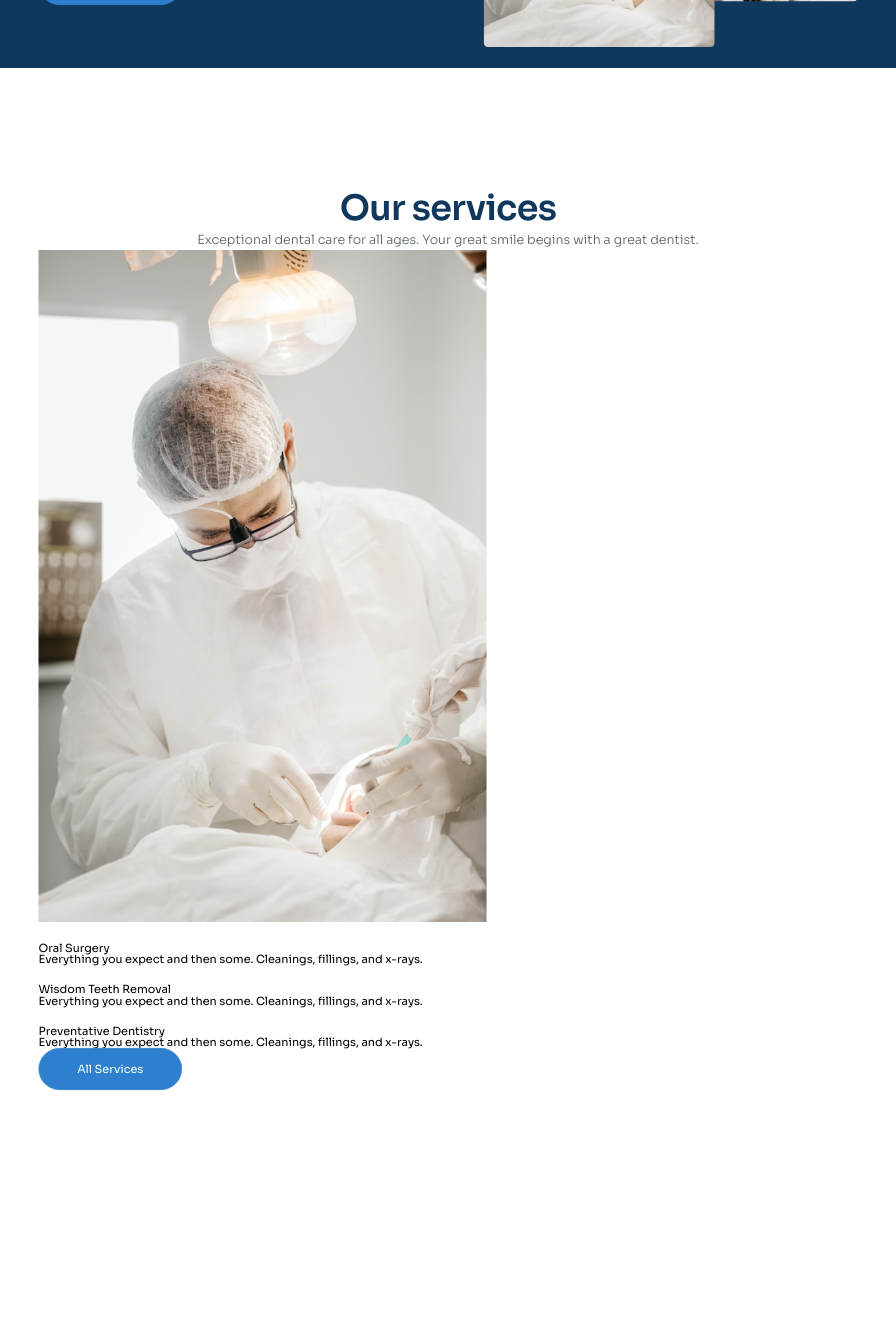
Repository: Tran-Dat/F8_Project_03
Page: index.html
An editor plug-in stored every save of this project. The page is shown before and after the next save, followed by the edit.
The browser window is 1280 px wide. The pictures show the part of the page from y = 623 to 2543 px (the page is 3720 px tall), at 70% of full size.

Above is the page before, as saved 2023-04-03 15:00:37.

After the next save:
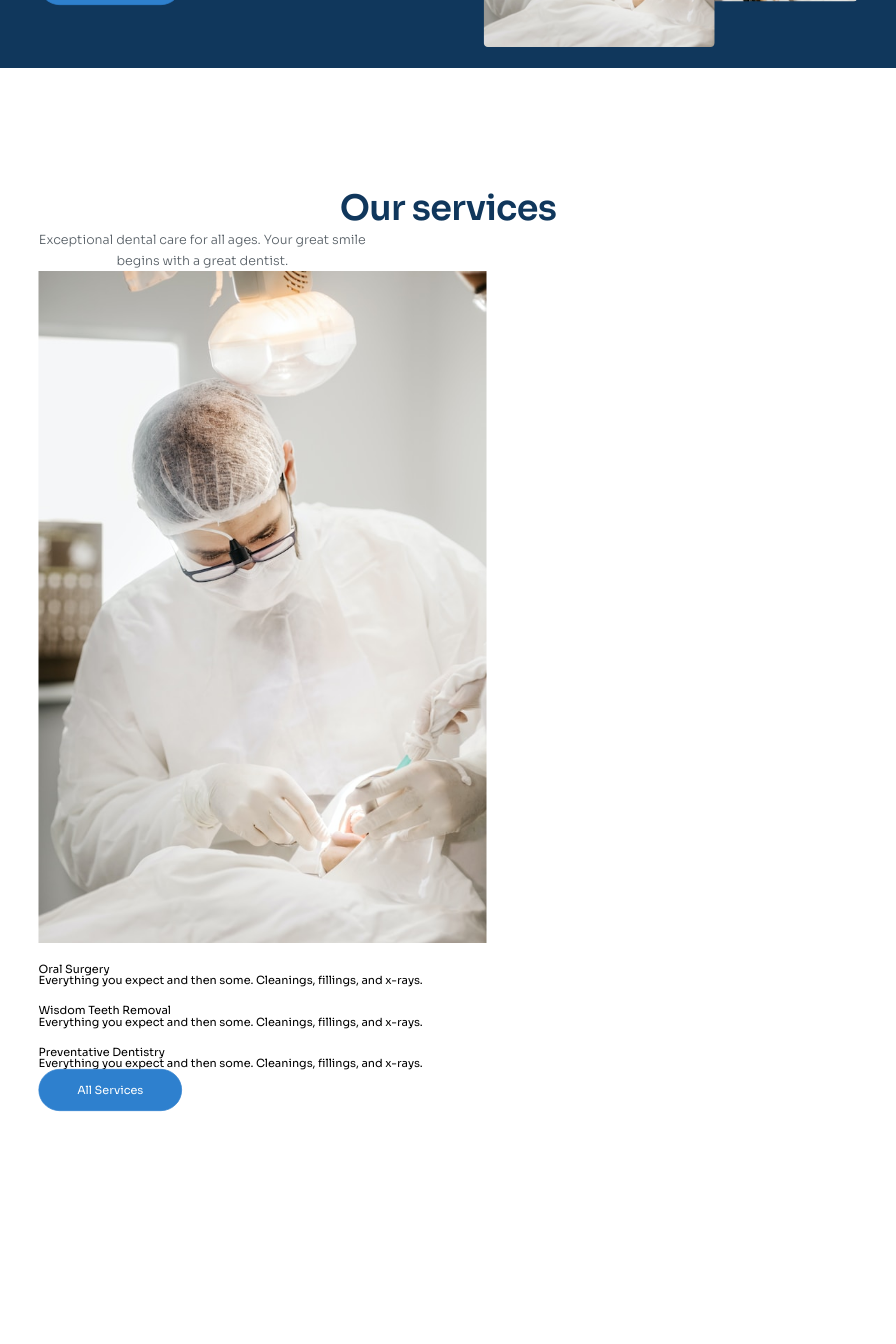
Saved 27 s later.
--- a/assets/css/style.css
+++ b/assets/css/style.css
@@ -251,3 +251,7 @@
 .service__desc {
     text-align: center;
 }
+
+.service__desc {
+    max-width: 468px;
+}
